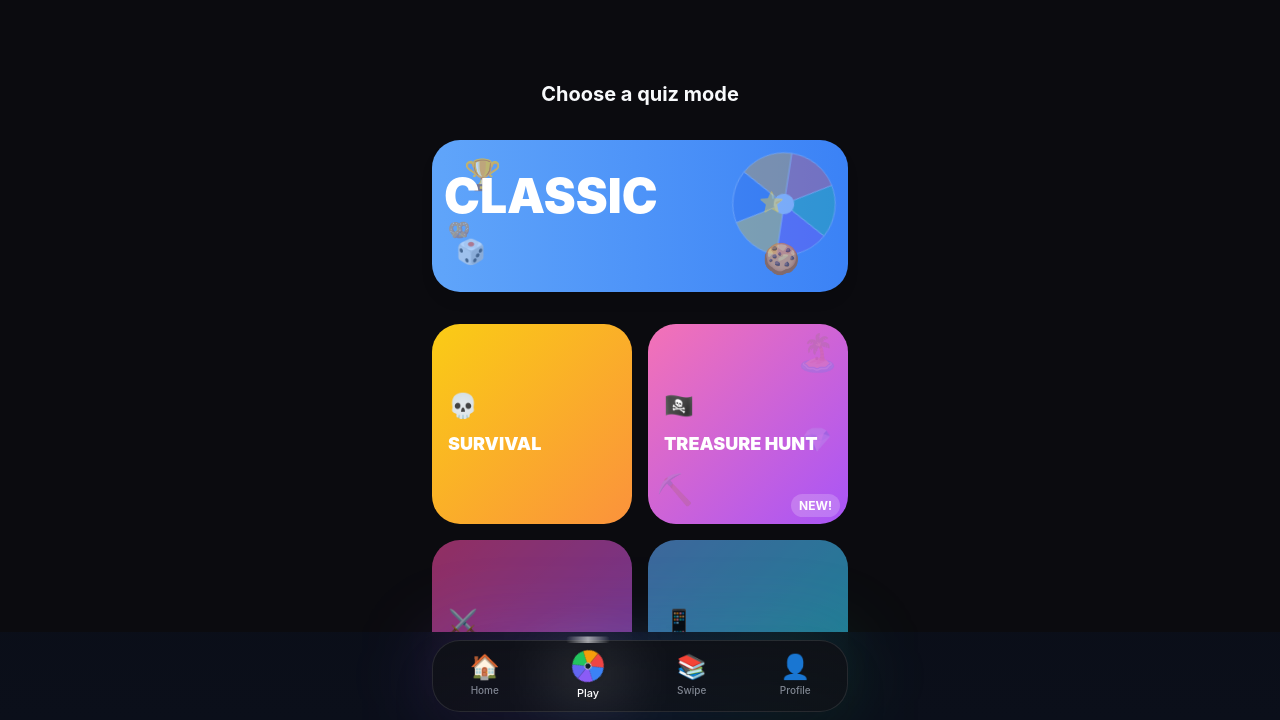
Repository: nirmaldas07/quizify-app
Page: /play
These files come from the project's save history. The page is drawn as it stood at one moment and after the next save; the edit follows.
The browser window is 1280 px wide. The pictures show the whole page.
An inner scrolling area shows only its first screen. The project was rebuilt for these pictures with package versions that can differ from the ones it lists, and the page was loaded fresh each time. Some packages were replaced by stand-ins written for this rebuild. Also part of the build but not shown: src/components/Shared/CoinFly.jsx, src/components/GameSystem/AvatarDisplay.jsx, src/components/GameSystem/XPBar.jsx, src/components/GameSystem/EnergyMeter.jsx, src/utils/categories.js, src/components/Home/HeroCard.jsx, src/components/Home/QuickActions.jsx, src/components/Home/CategoryGrid.jsx and 44 more.

Above is the page before, as saved 2025-08-31 23:12:54.

After the next save:
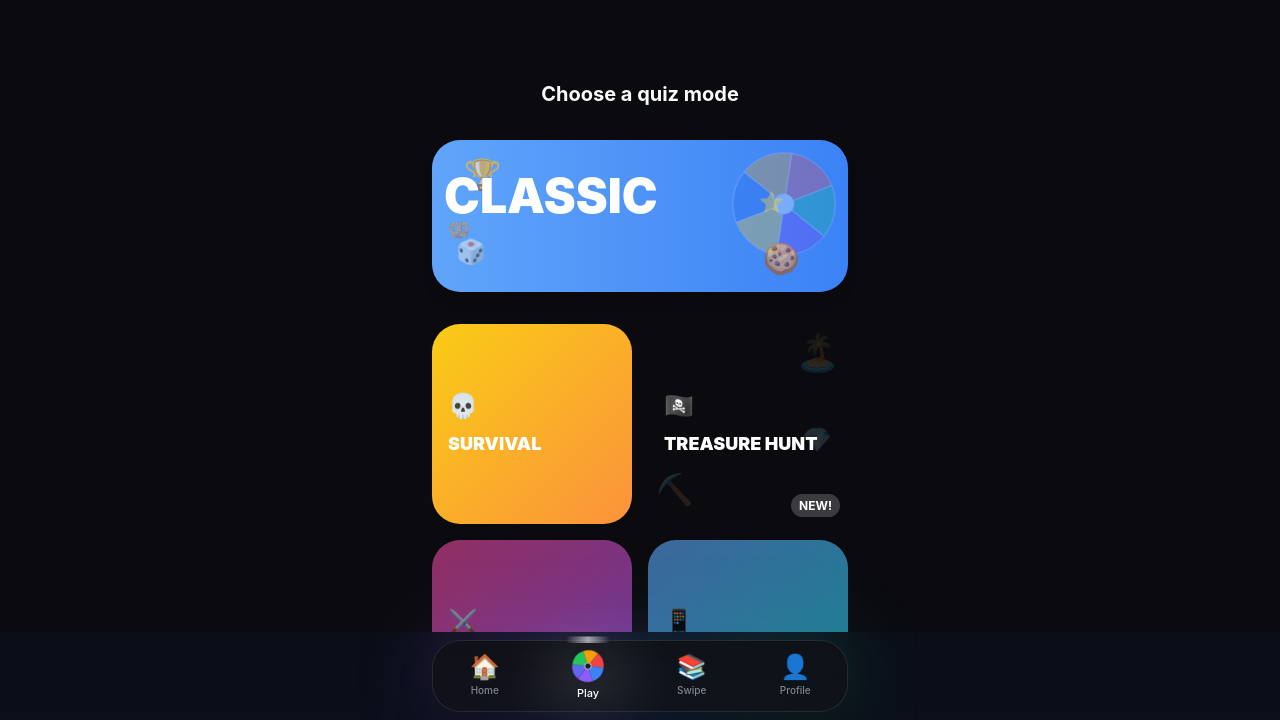
Saved 11 s later.
--- a/src/components/Play/PlayHome.jsx
+++ b/src/components/Play/PlayHome.jsx
@@ -76,7 +76,7 @@ function ModesGrid({ onModeSelect, onNavigateHome }) {
 
             <button
               onClick={() => onModeSelect('treasureHunt')}
-              className="aspect-square rounded-3xl bg-gradient-to-br from-pink-400 to-purple-500 p-4 text-left hover:shadow-xl transition-all active:scale-[0.98] relative overflow-hidden"
+              className="aspect-square rounded-3xl bg-gradient-to-br from-violoet-400 to-purple-500 p-4 text-left hover:shadow-xl transition-all active:scale-[0.98] relative overflow-hidden"
             >
               {/* Animated island background */}
               <div className="absolute inset-0 opacity-20">
